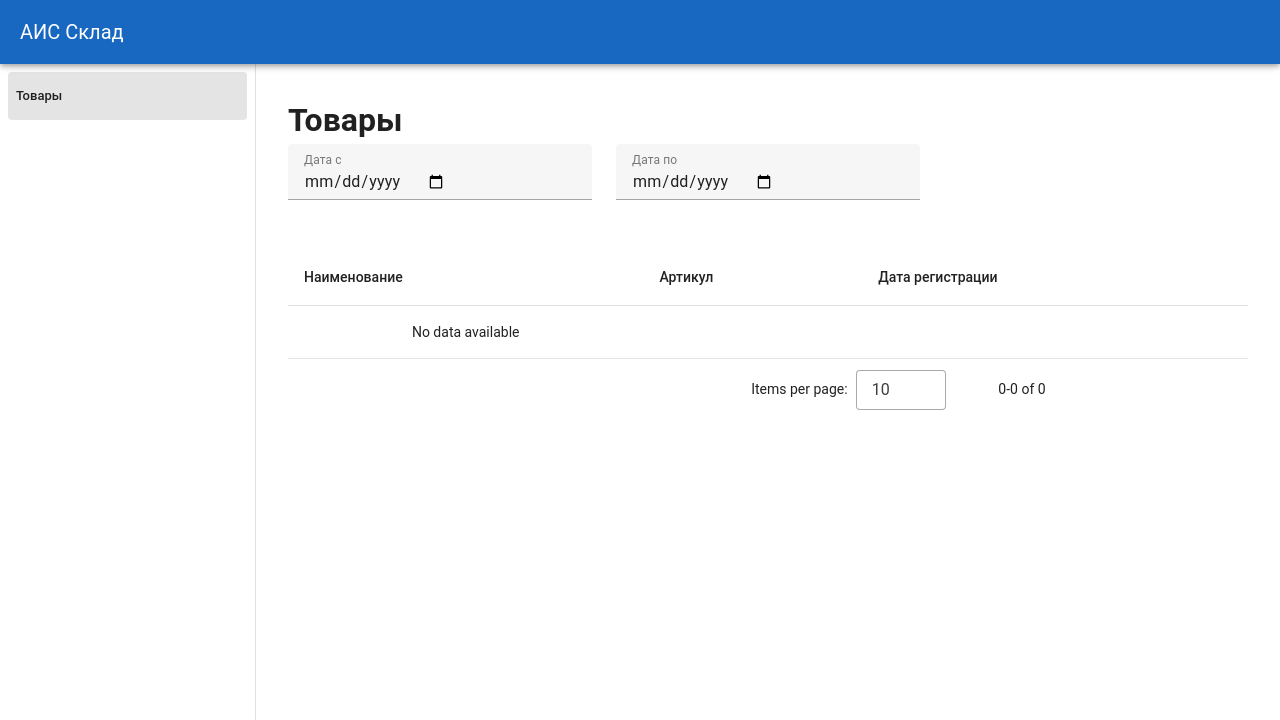
Repository: BekturMuratov/warecommerce_ui
Page: /products
These files come from the project's save history. The page is drawn as it stood at one moment and after the next save; the edit follows.
The browser window is 1280 px wide. The pictures show the whole page.
The project was rebuilt for these pictures with package versions that can differ from the ones it lists, and the page was loaded fresh each time. The framework's server and built-in components were replaced by stand-ins that run in the browser. Also part of the build but not shown: nuxt.config.ts, app/layouts/auth.vue. Imported but missing from the stored project, and not drawn on this page: app/services/AuthHeader, app/services/AuthService, app/services/ProductServices.js, app/services/TariffService.js.

Above is the page before, as saved 2025-11-15 16:13:28.

### app/layouts/default.vue
<template>
 <v-app>
   <!-- AppBar -->
   <v-app-bar app color="primary" dark>
     <v-app-bar-title>АИС Cклад</v-app-bar-title>
     <v-spacer></v-spacer>
     <v-btn icon @click="logout">
       <v-icon>mdi-logout</v-icon>
     </v-btn>
   </v-app-bar>

   <!-- Drawer (боковое меню) -->
   <v-navigation-drawer app v-model="drawer" permanent>
     <v-list nav>
       <v-list-item
         v-for="item in menu"
         :key="item.title"
         :to="item.link"
         link
       >
         <v-list-item-title>{{ item.title }}</v-list-item-title>
       </v-list-item>
     </v-list>
   </v-navigation-drawer>

   <!-- Основной контент -->
   <v-main>
     <v-container fluid>
       <slot />
     </v-container>
   </v-main>
 </v-app>
</template>

<script setup lang="ts">
import { ref } from 'vue'
import { useRouter } from 'vue-router'

const drawer = ref(true)
const router = useRouter()

const menu = [
 { title: 'Товары', link: '/products' },
 // Добавь сюда другие страницы
]

function logout() {
 localStorage.removeItem('token')
 router.push('/login')
}
</script>

### app/stores/auth.ts
import { defineStore } from 'pinia'
import AuthService from '~/services/AuthService'

export const useAuthStore = defineStore('auth', () => {
  // access token — клиентский, нужен middleware
  const accessToken = useCookie<string | null>('access_token', {
    path: '/',
    sameSite: 'lax'
  })

  // optional: refresh token, если нужен
  const refreshToken = useCookie<string | null>('refresh_token', {
    path: '/',
    sameSite: 'lax'
  })

  const userId = useCookie<string | null>('user_id')
  const userName = useCookie<string | null>('user_name')
  const role = useCookie<string | null>('role')

  const isAuthenticated = computed(() => !!accessToken.value)

  async function login(payload: { email: string; password: string }) {
    const data = await AuthService.login(payload)

    // 👇 ЕДИНСТВЕННОЕ место, где пишутся cookies
    accessToken.value = data.access_token
    refreshToken.value = data.refresh_token
    userId.value = data.user_id
    userName.value = data.user_name
    role.value = data.role
  }

  function logout() {
    accessToken.value = null
    refreshToken.value = null
    userId.value = null
    userName.value = null
    role.value = null

    navigateTo('/login')
  }

  return {
    accessToken,
    refreshToken,
    userId,
    userName,
    role,
    isAuthenticated,
    login,
    logout
  }
})

### app/plugins/api.ts
import axios from 'axios'

export default defineNuxtPlugin((nuxtApp) => {

 const api = axios.create({
  baseURL: 'http://localhost:5000', // <-- сюда твой backend url
 })

 // если у тебя auth — токен можно брать из storage
 api.interceptors.request.use((config) => {
  const token = localStorage.getItem('token')
  if (token) {
   config.headers.Authorization = `Bearer ${token}`
  }
  return config
 })

 return {
  provide: {
   api
  }
 }
})

### app/plugins/vuetify.ts
import { createVuetify } from 'vuetify'
import * as components from 'vuetify/components'
import * as directives from 'vuetify/directives'

export default defineNuxtPlugin((app) => {
 const vuetify = createVuetify({
  components,
  directives
 })
 app.vueApp.use(vuetify)
})

### app/pages/products/index.vue
<script setup lang="ts">
definePageMeta({
 layout: 'default'
})
const products = ref<any[]>([])
const totalItems = ref(0)

const dates = reactive({
  from: null as string|null,
  to: null as string|null
})

const page = ref(1)
const itemsPerPage = 10

watch([page, ()=>dates.from, ()=>dates.to], load)

onMounted(load)

async function load() {

}

</script>

<template>
  <v-container>
    <h1>Товары</h1>

    <v-row class="mb-4">
      <v-col cols="12" sm="4">
        <v-text-field type="date" v-model="dates.from" label="Дата с"/>
      </v-col>
      <v-col cols="12" sm="4">
        <v-text-field type="date" v-model="dates.to" label="Дата по"/>
      </v-col>
    </v-row>

    <v-data-table
      :items="products"
      :items-per-page="itemsPerPage"
      :page="page"
      :server-items-length="totalItems"
      @update:page="p => page = p"
    >
      <template #headers>
        <tr>
          <th>Наименование</th>
          <th>Артикул</th>
          <th>Дата регистрации</th>
        </tr>
      </template>

      <template #item="{ item }">
        <tr>
          <td>{{ item.title }}</td>
          <td>{{ item.sku }}</td>
          <td>{{ item.createdAt }}</td>
        </tr>
      </template>
    </v-data-table>
  </v-container>
</template>

Loaded but not shown: app/app.vue (common file)

After the next save:
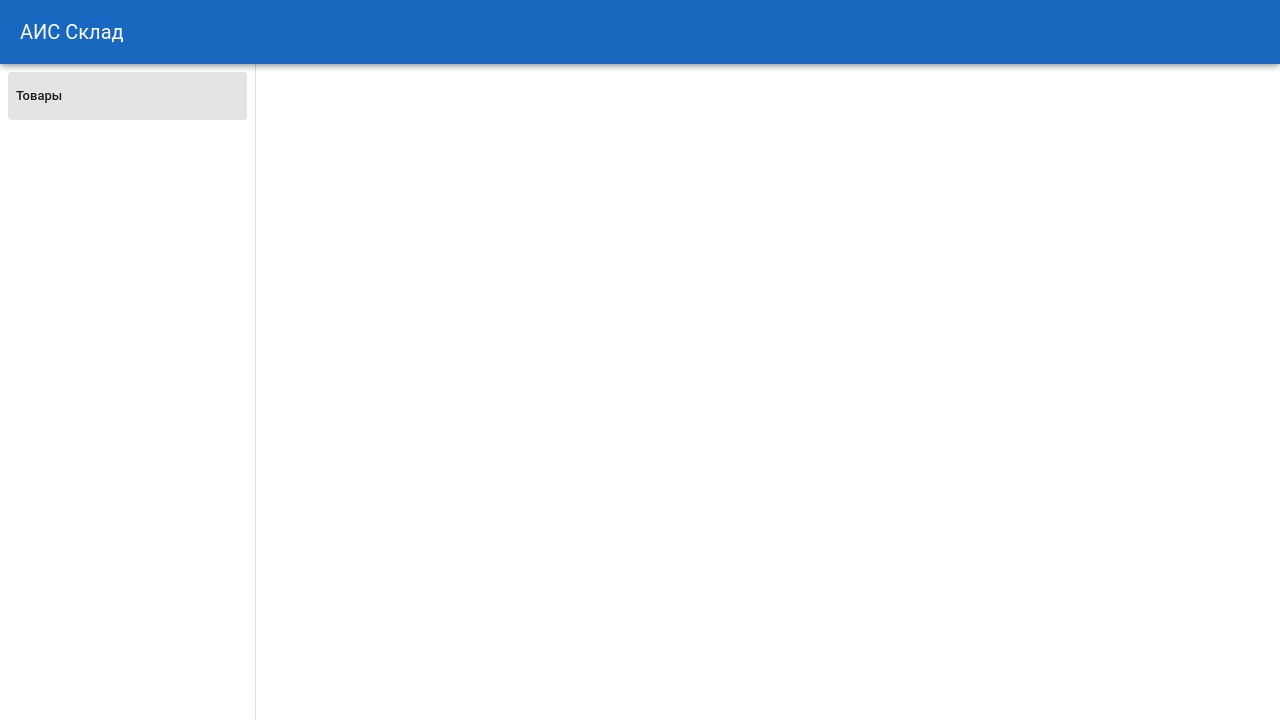
Saved 33 s later.
--- a/app/pages/products/index.vue
+++ b/app/pages/products/index.vue
@@ -24,40 +24,107 @@ async function load() {
 </script>
 
 <template>
-  <v-container>
-    <h1>Товары</h1>
+  <v-dialog v-model="showPdfModal" max-width="1200px">
+  <v-card>
+    <v-card-title class="text-h6">
+      Загрузка товаров через PDF
+    </v-card-title>
 
-    <v-row class="mb-4">
-      <v-col cols="12" sm="4">
-        <v-text-field type="date" v-model="dates.from" label="Дата с"/>
-      </v-col>
-      <v-col cols="12" sm="4">
-        <v-text-field type="date" v-model="dates.to" label="Дата по"/>
-      </v-col>
-    </v-row>
+    <v-divider />
 
-    <v-data-table
-      :items="products"
-      :items-per-page="itemsPerPage"
-      :page="page"
-      :server-items-length="totalItems"
-      @update:page="p => page = p"
-    >
-      <template #headers>
-        <tr>
-          <th>Наименование</th>
-          <th>Артикул</th>
-          <th>Дата регистрации</th>
-        </tr>
-      </template>
+    <v-card-text style="padding: 0;">
+      <!-- Твой компонент загрузки PDF и парсинга -->
+      <div class="layout">
+        <div class="pdf-panel">
+          <div class="top-bar">
+            <input type="file" accept=".pdf" @change="handleFileUpload" :disabled="isLoading" />
+            <span v-if="isLoading" class="loading">Обработка PDF...</span>
+            <span v-if="error" class="error">{{ error }}</span>
+          </div>
 
-      <template #item="{ item }">
-        <tr>
-          <td>{{ item.title }}</td>
-          <td>{{ item.sku }}</td>
-          <td>{{ item.createdAt }}</td>
-        </tr>
-      </template>
-    </v-data-table>
-  </v-container>
+          <div v-if="pdfUrl" class="pdf-viewer">
+            <VuePdfEmbed :source="pdfUrl" />
+          </div>
+          <div v-else class="placeholder">
+            <p>Загрузите PDF, чтобы увидеть предпросмотр</p>
+          </div>
+        </div>
+
+        <div class="table-panel">
+          <h3>Результат обработки</h3>
+
+          <div v-if="headerData.registrationNumber" class="header-info">
+            <p><strong>Регистрационный номер:</strong> {{ headerData.registrationNumber }}</p>
+            <p><strong>Дата:</strong> {{ headerData.dvhDate }}</p>
+            <p><strong>Отправитель:</strong> {{ headerData.sender }}</p>
+            <p><strong>Получатель:</strong> {{ headerData.receiver }}</p>
+          </div>
+
+          <div class="actions">
+            <button @click="openModal">➕ Добавить товар вручную</button>
+          </div>
+
+          <div v-if="tableData.length" class="table-container">
+            <table>
+              <thead>
+                <tr>
+                  <th>Код ТНВЭД</th>
+                  <th>Наименование товара</th>
+                  <th>Вес брутто (кг)</th>
+                  <th>Кол-во ДЕИ</th>
+                  <th>Цена товара</th>
+                  <th>Валюта</th>
+                </tr>
+              </thead>
+              <tbody>
+                <tr v-for="(item, i) in tableData" :key="i">
+                  <td contenteditable @input="updateCell(i, 'Код ТНВЭД', $event)">{{ item['Код ТНВЭД'] }}</td>
+                  <td contenteditable @input="updateCell(i, 'Наименование товара', $event)">{{ item['Наименование товара'] }}</td>
+                  <td contenteditable @input="updateCell(i, 'Вес брутто (кг)', $event)">{{ item['Вес брутто (кг)'] }}</td>
+                  <td contenteditable @input="updateCell(i, 'Кол-во ДЕИ', $event)">{{ item['Кол-во ДЕИ'] }}</td>
+                  <td contenteditable @input="updateCell(i, 'Цена товара', $event)">{{ item['Цена товара'] }}</td>
+                  <td contenteditable @input="updateCell(i, 'Валюта', $event)">{{ item['Валюта'] }}</td>
+                </tr>
+              </tbody>
+            </table>
+          </div>
+
+          <div v-else-if="!isLoading" class="placeholder-table">
+            <p>Результаты появятся здесь после обработки</p>
+          </div>
+        </div>
+      </div>
+
+      <!-- Модалка добавления товара внутри PDF-окна -->
+      <div v-if="showModal" class="modal-backdrop">
+        <div class="modal">
+          <h4>Добавить новый товар</h4>
+          <form @submit.prevent="addProductFromModal">
+            <input v-model="newProduct.hsCode" placeholder="Код ТНВЭД" required />
+            <input v-model="newProduct.name" placeholder="Наименование товара" required />
+            <input v-model="newProduct.weight" placeholder="Вес брутто (кг)" />
+            <input v-model="newProduct.qty" placeholder="Кол-во ДЕИ" />
+            <input v-model="newProduct.price" placeholder="Цена товара" />
+            <input v-model="newProduct.currency" placeholder="Валюта" />
+
+            <div class="modal-actions">
+              <button type="submit">Добавить</button>
+              <button type="button" @click="showModal = false">Отмена</button>
+            </div>
+          </form>
+        </div>
+      </div>
+    </v-card-text>
+
+    <v-divider />
+
+    <v-card-actions>
+      <v-spacer />
+      <v-btn color="grey" variant="tonal" @click="showPdfModal = false">
+        Закрыть
+      </v-btn>
+    </v-card-actions>
+  </v-card>
+</v-dialog>
+
 </template>
